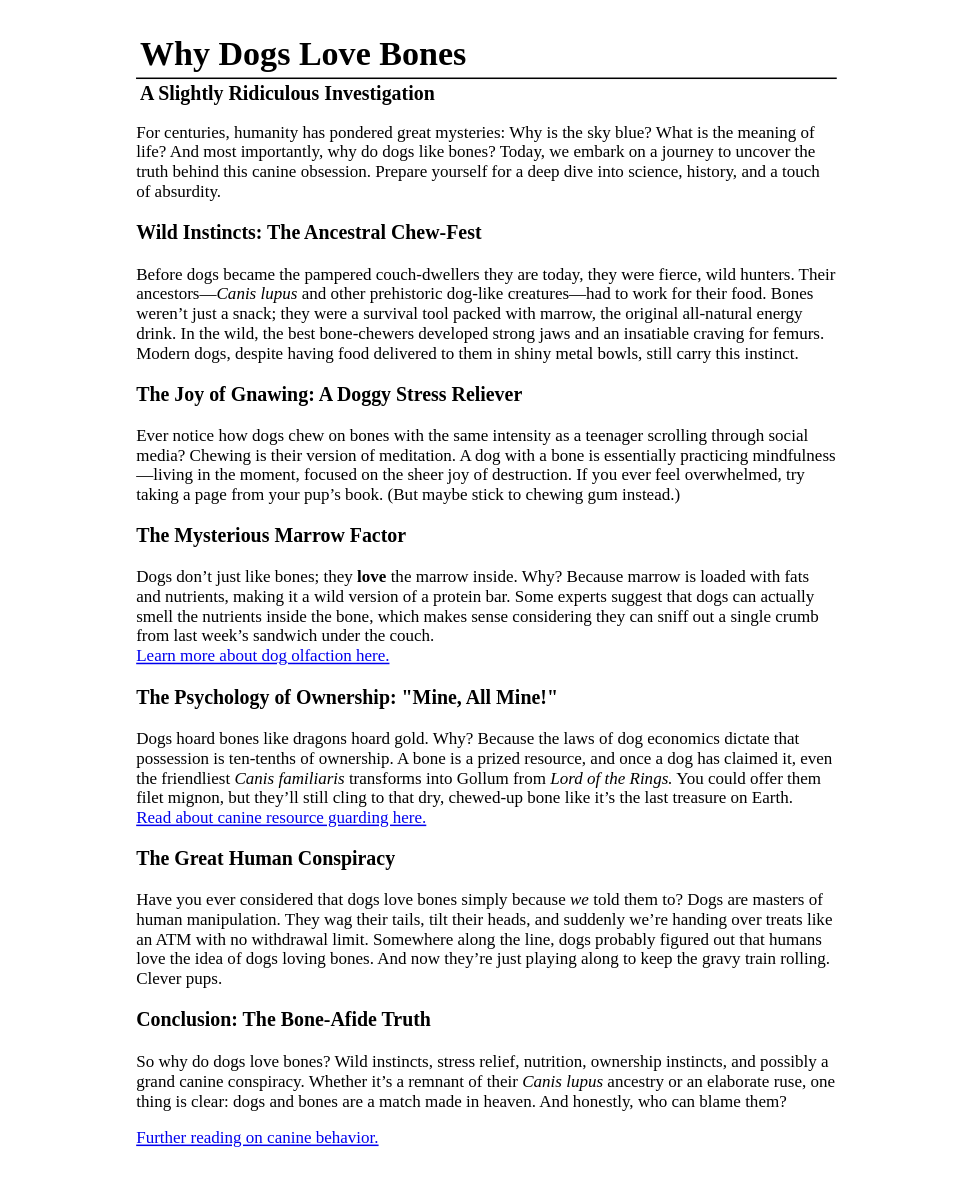
Repository: Leith-vdl/apprentice-challenge-1
Page: index.html
The author's editor kept a copy of each file at every save. The page is drawn from the files as they stood at one save, then again after the next save.
The browser window is 1280 px wide. The pictures show the whole page, at 76% of full size.

Above is the page before, as saved 2025-01-31 15:18:17.

After the next save:
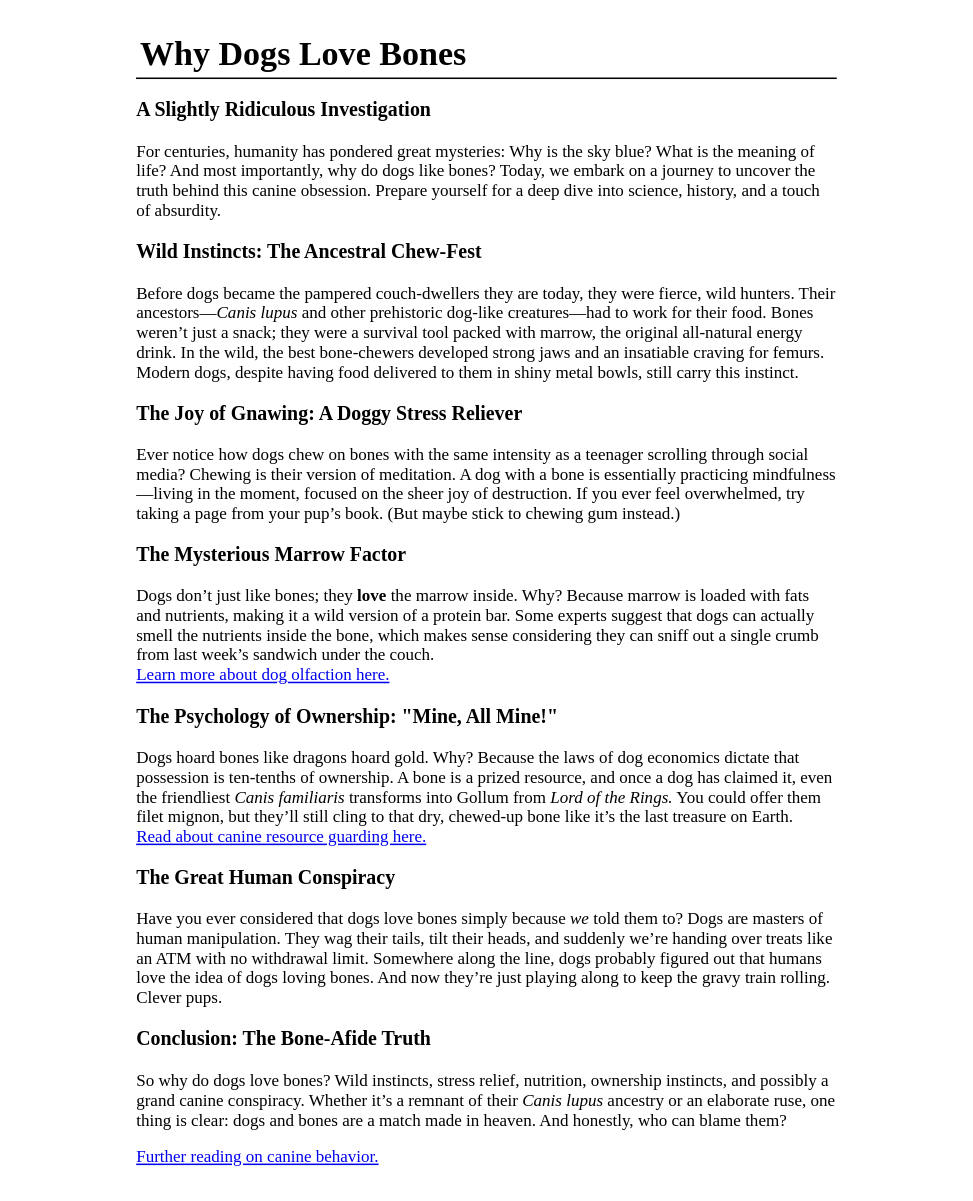
Saved 11 s later.
--- a/styles/styles.css
+++ b/styles/styles.css
@@ -7,6 +7,6 @@ body {
     border-bottom: 2px solid black;
 }
 
-h1.page-header-title, h3.section-title {
+h1.page-header-title {
     margin: 5px;
 }
